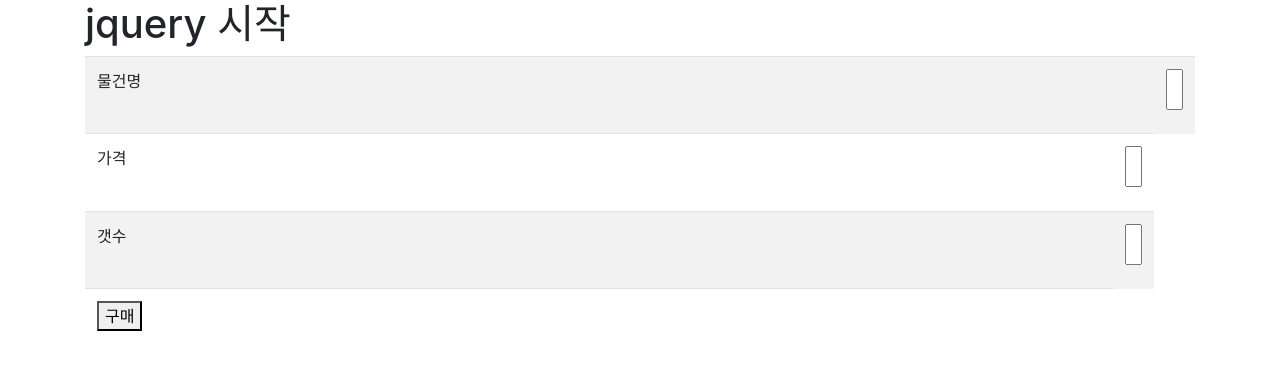
Repository: chanjungkim/vue_hrd
Page: vueexp/WebContent/a04_event/a02_buyProduct.html
The author's editor kept a copy of each file at every save. The page is drawn from the files as they stood at one save, then again after the next save.
The browser window is 1280 px wide. The pictures show the whole page.

Above is the page before, as saved 2019-09-21 02:09:56.

### vueexp/WebContent/a04_event/a02_buyProduct.html
<!DOCTYPE html>
<html>
<head>
<meta charset="UTF-8">
<title>Insert title here</title>
<link rel="stylesheet" href="../a00_com/bootstrap.min.css">
<link rel="stylesheet" href="../a00_com/jquery-ui.css">
<style type="text/css">
.input-group-text {
	width: 100%;
}

.input-group-prepend {
	width: 30%;
}

input[type="text"], label {
	margin-bottom: 12px;
	padding: .4em;
	width: 95%;
}
</style>
<script src="../a00_com/jquery.min.js"></script>
<script src="../a00_com/popper.min.js"></script>
<script src="../a00_com/bootstrap.min.js"></script>
<script type="text/javascript" src="../a00_com/jquery-3.4.1.js"></script>
<script src="../a00_com/vue.min.js" type="text/javascript"></script>
<script src="../a00_com/jquery-ui.js"></script>
<script type="text/javascript">
	$(document).ready(function() {
		$("h1").html("jquery 시작");
	});
</script>
</head>
<body>
	<div class="container">
		<h1></h1>
		<table class="table table-hover table-striped">
			<col width="100%">
			<tr>
				<td colspan="50">물건명</td>
				<td colspan="50"><input type="text" placeholder="입력하세요..."/></td>
			</tr>
			<tr>
				<td>가격</td>
				<td><input type="text" placeholder="입력하세요..."/></td>
			</tr>
			<tr>
				<td>갯수</td>
				<td><input type="text" placeholder="입력하세요..."/></td>
			</tr>
			<tr>
				<td><button>구매</button></td>
			</tr>

		</table>
	</div>
</body>
</html>

Loaded but not shown: vueexp/WebContent/a00_com/bootstrap.min.css (library); vueexp/WebContent/a00_com/jquery-ui.css (library); vueexp/WebContent/a00_com/jquery.min.js (library); vueexp/WebContent/a00_com/popper.min.js (library); vueexp/WebContent/a00_com/bootstrap.min.js (library); vueexp/WebContent/a00_com/jquery-3.4.1.js (library); vueexp/WebContent/a00_com/vue.min.js (library); vueexp/WebContent/a00_com/jquery-ui.js (library)

After the next save:
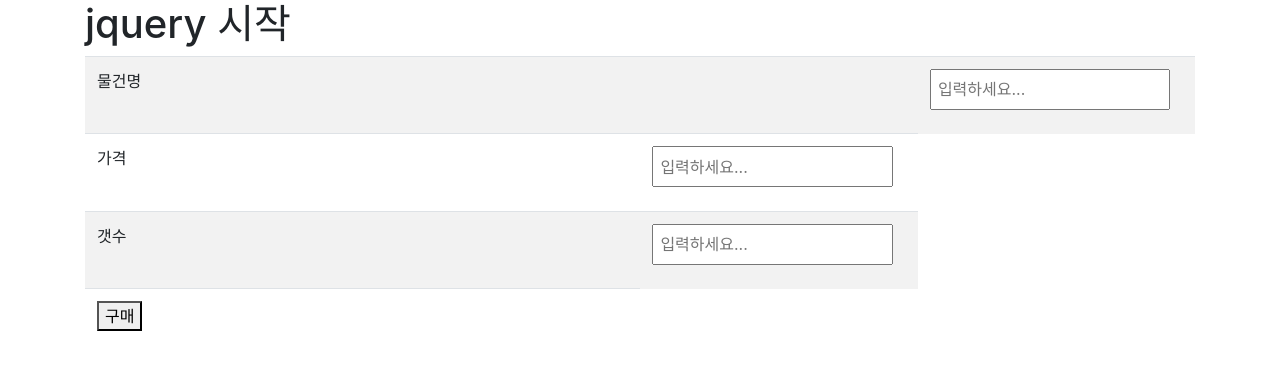
Saved 14 s later.
--- a/vueexp/WebContent/a04_event/a02_buyProduct.html
+++ b/vueexp/WebContent/a04_event/a02_buyProduct.html
@@ -36,7 +36,7 @@ input[type="text"], label {
 	<div class="container">
 		<h1></h1>
 		<table class="table table-hover table-striped">
-			<col width="100%">
+			<col width="50%">
 			<tr>
 				<td colspan="50">물건명</td>
 				<td colspan="50"><input type="text" placeholder="입력하세요..."/></td>
